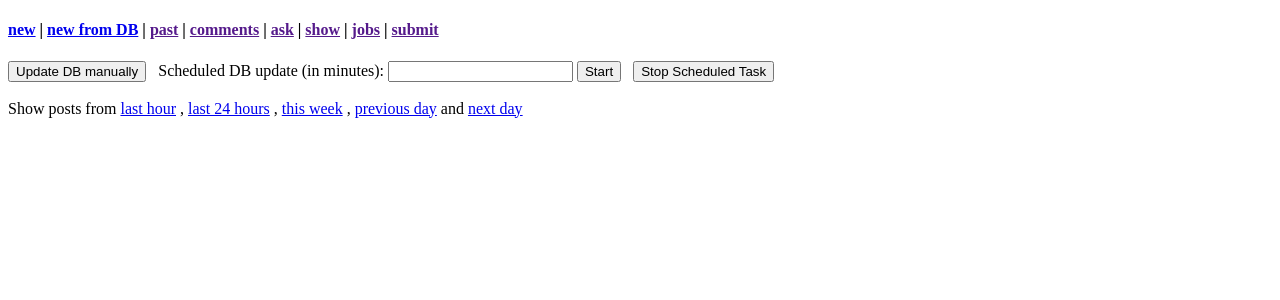
Repository: akshatmaheshwar/HackerNews-Clone
Page: http://localhost/HackerNews/dbnewest
The author's editor kept a copy of each file at every save. The page is drawn from the files as they stood at one save, then again after the next save.
The browser window is 1280 px wide. The pictures show the whole page.
The page is served by Tomcat 10. Queries for data that is not in the repository find no rows.

Above is the page before, as saved 2023-10-15 18:42:31.

After the next save:
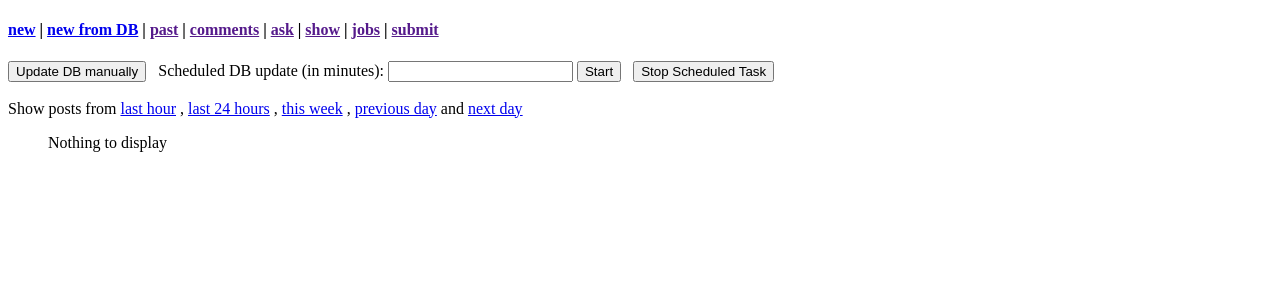
Saved 44 s later.
--- a/HackerNews/src/main/webapp/newest.jsp
+++ b/HackerNews/src/main/webapp/newest.jsp
@@ -87,7 +87,7 @@ if(request.getAttribute("datenav")!=null)dateNav = (int)request.getAttribute("da
      <%
     ArrayList<Posts> postList = (ArrayList<Posts>)request.getAttribute("postList");
 
-    if (postList != null||!postList.isEmpty()) {
+    if (postList != null&&!postList.isEmpty()) {
         Iterator<Posts> iterator = postList.iterator();
         while (iterator.hasNext()) {
             Posts item = iterator.next();
